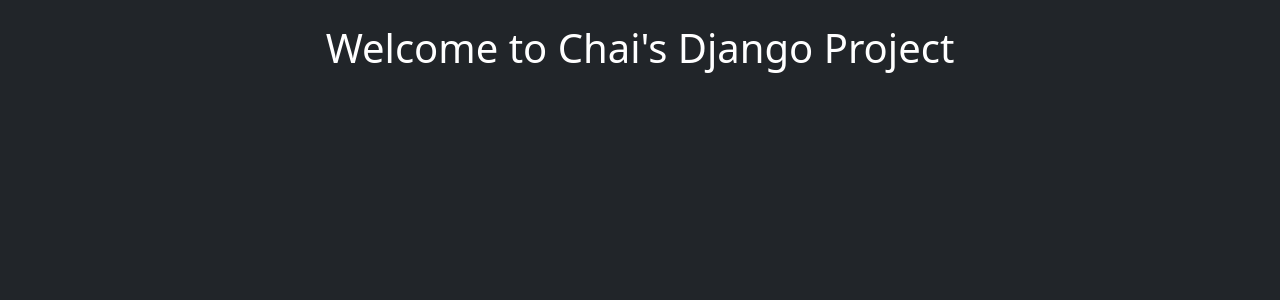
Repository: Pratham-2407/Full-Stack-Tweeting-Application---Django-
Page: http://localhost/tweet/
These files come from the project's save history. The page is drawn as it stood at one moment and after the next save; the edit follows.
The browser window is 1280 px wide. The pictures show the whole page.
The page is served by the project's application, run on Django 5.2 (chaihq/manage.py). Other server files are loaded and not shown.

Above is the page before, as saved 2024-07-13 21:30:49.

### chaihq/tweet/templates/index.html
{% extends "layout.html" %}

{% block title %}
Chai aur tweet
{% endblock %}

{% block content %}

<h1 class="text-center text-white mt-4">Welcome to Chai's Django Project</h1>

{% endblock %}

### chaihq/templates/layout.html
{% load static %}

<!DOCTYPE html>
<html lang="en">
<head>
    <meta charset="UTF-8">
    <meta name="viewport" content="width=device-width, initial-scale=1.0">
    <link href="https://cdn.jsdelivr.net/npm/bootstrap@5.3.3/dist/css/bootstrap.min.css" rel="stylesheet" integrity="sha384-QWTKZyjpPEjISv5WaRU9OFeRpok6YctnYmDr5pNlyT2bRjXh0JMhjY6hW+ALEwIH" crossorigin="anonymous">
    <title>
        {% block title %}
        Chai aur Django
        {% endblock %}
    </title>
</head>
<body class="bg-dark">
    <div class="container">
        {% block content %}
        {% endblock %}
    </div>
</body>
</html>

### chaihq/tweet/views.py
from django.shortcuts import render

# Create your views here.

def index(request):
    return render(request, 'index.html')

### chaihq/chaihq/urls.py
"""
URL configuration for chaihq project.

The `urlpatterns` list routes URLs to views. For more information please see:
    https://docs.djangoproject.com/en/5.0/topics/http/urls/
Examples:
Function views
    1. Add an import:  from my_app import views
    2. Add a URL to urlpatterns:  path('', views.home, name='home')
Class-based views
    1. Add an import:  from other_app.views import Home
    2. Add a URL to urlpatterns:  path('', Home.as_view(), name='home')
Including another URLconf
    1. Import the include() function: from django.urls import include, path
    2. Add a URL to urlpatterns:  path('blog/', include('blog.urls'))
"""
from django.contrib import admin
from django.urls import path, include
#added
from django.conf import settings
from django.conf.urls.static import static

urlpatterns = [
    path('admin/', admin.site.urls),
    path('tweet/', include('tweet.urls')),


] + static(settings.MEDIA_URL, document_root=settings.MEDIA_ROOT)

### chaihq/tweet/urls.py
from django.urls import path
from . import views


urlpatterns = [
    path('', views.index, name='index'),
]

After the next save:
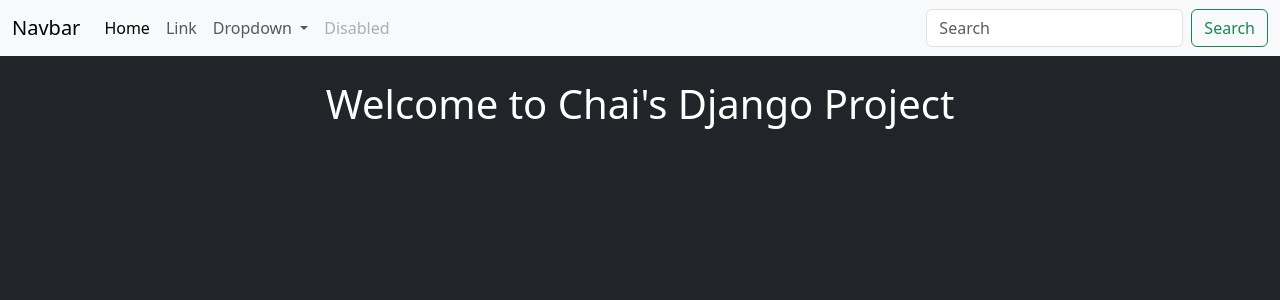
Saved 4 min 59 s later.
--- a/chaihq/templates/layout.html
+++ b/chaihq/templates/layout.html
@@ -13,6 +13,44 @@
     </title>
 </head>
 <body class="bg-dark">
+
+    <nav class="navbar navbar-expand-lg bg-body-tertiary">
+        <div class="container-fluid">
+          <a class="navbar-brand" href="#">Navbar</a>
+          <button class="navbar-toggler" type="button" data-bs-toggle="collapse" data-bs-target="#navbarSupportedContent" aria-controls="navbarSupportedContent" aria-expanded="false" aria-label="Toggle navigation">
+            <span class="navbar-toggler-icon"></span>
+          </button>
+          <div class="collapse navbar-collapse" id="navbarSupportedContent">
+            <ul class="navbar-nav me-auto mb-2 mb-lg-0">
+              <li class="nav-item">
+                <a class="nav-link active" aria-current="page" href="#">Home</a>
+              </li>
+              <li class="nav-item">
+                <a class="nav-link" href="#">Link</a>
+              </li>
+              <li class="nav-item dropdown">
+                <a class="nav-link dropdown-toggle" href="#" role="button" data-bs-toggle="dropdown" aria-expanded="false">
+                  Dropdown
+                </a>
+                <ul class="dropdown-menu">
+                  <li><a class="dropdown-item" href="#">Action</a></li>
+                  <li><a class="dropdown-item" href="#">Another action</a></li>
+                  <li><hr class="dropdown-divider"></li>
+                  <li><a class="dropdown-item" href="#">Something else here</a></li>
+                </ul>
+              </li>
+              <li class="nav-item">
+                <a class="nav-link disabled" aria-disabled="true">Disabled</a>
+              </li>
+            </ul>
+            <form class="d-flex" role="search">
+              <input class="form-control me-2" type="search" placeholder="Search" aria-label="Search">
+              <button class="btn btn-outline-success" type="submit">Search</button>
+            </form>
+          </div>
+        </div>
+      </nav>
+
     <div class="container">
         {% block content %}
         {% endblock %}
